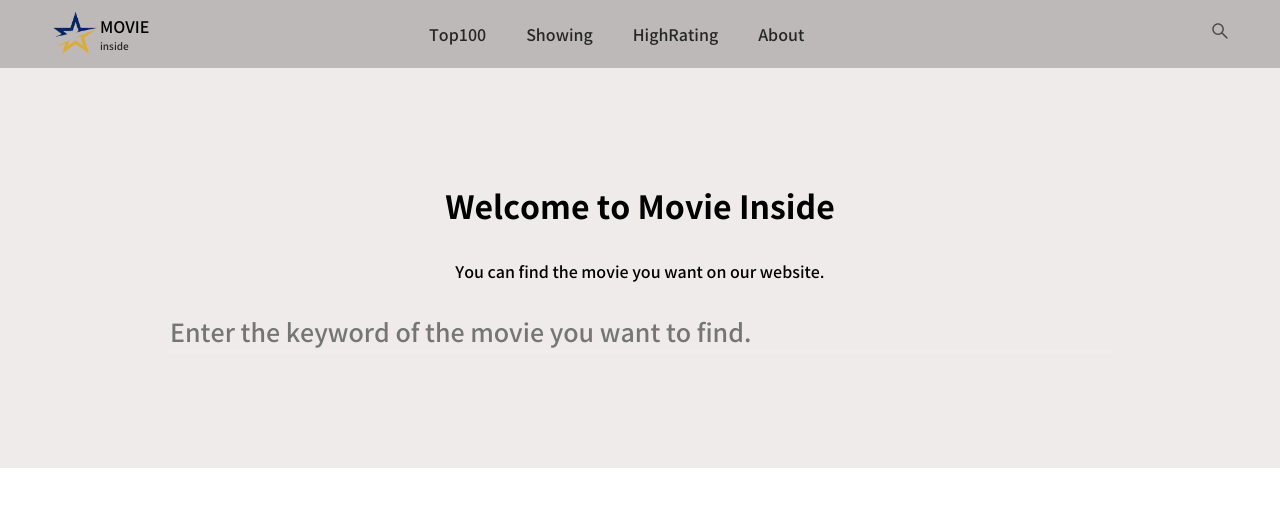
Repository: yangddoddi/Movie-Inside
Page: /
These files come from the project's save history. The page is drawn as it stood at one moment and after the next save; the edit follows.
The browser window is 1280 px wide. The pictures show the whole page.
The project was rebuilt for these pictures with package versions that can differ from the ones it lists, and the page was loaded fresh each time. Also part of the build but not shown: src/App.css, src/routes/Detail.js.

Above is the page before, as saved 2022-05-02 18:46:09.

### public/index.html
<!DOCTYPE html>
<html lang="en">

<head>
  <meta charset="utf-8" />
  <link rel="icon" href="./image/logo.png" />
  <meta name="viewport" content="width=device-width, initial-scale=1" />
  <meta name="theme-color" content="#000000" />
  <meta name="description" content="Web site created using create-react-app" />
  <link rel="apple-touch-icon" href="%PUBLIC_URL%/logo192.png" />
  <!--
      manifest.json provides metadata used when your web app is installed on a
      user's mobile device or desktop. See https://developers.google.com/web/fundamentals/web-app-manifest/
    -->
  <link rel="manifest" href="%PUBLIC_URL%/manifest.json" />
  <!--
      Notice the use of %PUBLIC_URL% in the tags above.
      It will be replaced with the URL of the `public` folder during the build.
      Only files inside the `public` folder can be referenced from the HTML.

      Unlike "/favicon.ico" or "favicon.ico", "%PUBLIC_URL%/favicon.ico" will
      work correctly both with client-side routing and a non-root public URL.
      Learn how to configure a non-root public URL by running `npm run build`.
    -->
  <title>Movie Inside</title>
</head>

<body>
  <noscript>You need to enable JavaScript to run this app.</noscript>
  <div id="root"></div>
  <!--
      This HTML file is a template.
      If you open it directly in the browser, you will see an empty page.

      You can add webfonts, meta tags, or analytics to this file.
      The build step will place the bundled scripts into the <body> tag.

      To begin the development, run `npm start` or `yarn start`.
      To create a production bundle, use `npm run build` or `yarn build`.
    -->
</body>

</html>

### src/App.js
import "./App.css";
import { RouteJS } from "./components/Routes";
import "./scss/main.scss";
import { Nav } from "./components/Nav";

function App() {
  return (
    <>
      <Nav />
      <RouteJS />
    </>
  );
}

export default App;

### src/components/Routes.js
import { Route, BrowserRouter, Routes } from "react-router-dom";
import { Main } from "../routes/Main";
import { Detail } from "../routes/Detail";

export const RouteJS = () => {
  return (
    <Routes>
      <Route path="/" element={<Main />} />
      <Route path="/detail" element={<Detail />} />
    </Routes>
  );
};

### src/scss/main.scss


* {
    box-sizing: border-box;
    font-family: 'Noto Sans CJK KR';
    margin: 0px;
}

### src/components/Nav.js
import React from "react";
import logo from "../image/logo.png";
import styles from "./Nav.module.scss";
import { AiOutlineSearch } from "react-icons/ai";

export const Nav = () => {
  return (
    <nav className={styles.nav}>
      <div className={styles.navContainer}>
        <div className={styles.leftContainer}>
          <img className={styles.logo} src={logo}></img>
          <div className={styles.logoContainer}>
            <span>MOVIE</span>
            <span>inside</span>
          </div>
        </div>
        <ul className={styles.navItems}>
          <li className={styles.navItem}>Top100</li>
          <li className={styles.navItem}>Showing</li>
          <li className={styles.navItem}>HighRating</li>
          <li className={styles.navItem}>About</li>
        </ul>
        <form className={styles.navForm}>
          <input type={"text"} id="searchInput" />
          <label for="searchInput">
            <AiOutlineSearch className={styles.searchIcon} />
          </label>
        </form>
      </div>
    </nav>
  );
};

### src/routes/Main.js
import React from "react";
import { Jumbotron } from "../components/Main/Jumbotron";

export const Main = () => {
  return (
    <>
      <Jumbotron />
    </>
  );
};

### src/components/Nav.module.scss
@import url(../scss/font.scss);


.nav {
    background-color: #bdb9b9;
    width: 100%;
    padding: 10px 50px 10px 50px;
    display: flex;
    justify-content: center;
}

.navContainer {
    display: flex;
    align-items: center;
    justify-content: space-between;
    width: 100%;
    max-width: 1200px;
}

.logo {
    width: 50px;
}

.logoContainer {
    display: flex;
    flex-direction: column;
    justify-content: flex-end;
    user-select: none;

    span:nth-child(2) {
        font-size: 10px;
        color:rgba(0,0,0,0.8);
    }
}

.leftContainer {
    display: flex;
    align-items: center;
}

.navItems {
    display: flex;
    list-style: none;
    color: rgba(0,0,0,0.8);
    font-size: 16px;
    margin: 0px;
}


.navItem {
    margin: 0px 20px 0px 20px;
    cursor: pointer;
}

.navForm {
        position:relative;
        display: flex;
        align-items: center;

    input {
        margin-left: 30px;
        border-radius: 5%;
        height: 25px;
        border: none;
        color: rgba(0,0,0,0.8);
        background-color: transparent;
    }

    input:focus {
        outline: none;
        border-bottom: rgba(122,122,122,1) solid 1px;
    }

    label {
        position: absolute;
        right: 0px;
        height: 25px;
        border-left: none;
    }

    svg {
        font-size: 20px;
        color: rgba(0,0,0,0.6);
    }
}

### src/components/Main/Jumbotron.js
import React from "react";
import styles from "./Jumbotron.module.scss";

export const Jumbotron = () => {
  return (
    <div className={styles.jumbotron}>
      <div className={styles.jumbotronContainer}>
        <h1 className={styles.header}> Welcome to Movie Inside </h1>
        <p>You can find the movie you want on our website.</p>
        <form className={styles.searchForm}>
          <input
            className={styles.search}
            placeHolder="Enter the keyword of the movie you want to find."
          />
        </form>
      </div>
    </div>
  );
};

### src/scss/font.scss
@font-face {
    font-family: 'Noto Sans CJK KR';
    font-style: normal;
    font-weight: light;
    src: url('../fontStyle/NotoSansKR-Light.otf')
}

@font-face {
    font-family: 'Noto Sans CJK KR';
    font-style: normal;
    font-weight: normal;
    src: url('../fontStyle/NotoSansKR-Regular.otf')
}

@font-face {
    font-family: 'Noto Sans CJK KR';
    font-style: normal;
    font-weight: semi-bold;
    src: url('../fontStyle/NotoSansKR-Medium.otf')
}
@font-face {
    font-family: 'Noto Sans CJK KR';
    font-style: normal;
    font-weight: bold;
    src: url('../fontStyle/NotoSansKR-Bold.otf')
}

### src/components/Main/Jumbotron.module.scss

.jumbotron {
    background-color: #efebeb;
    padding: 50px;
    display: flex;
    justify-content: center;
    align-items: center;
    height: 400px;
}

.jumbotronContainer {
    width: 100%;
    max-width: 1200px;
    text-align: center;
}

.header {
    margin-bottom: 30px;
}

.searchForm{
    margin-top: 30px;

    input {
        border: none;
        border-bottom: 3px solid rgba(255,255,255,0.1);
        font-size: 25px;
        background-color: transparent;
        width: 80%;
        height: 40px;
    }
}

Loaded but not shown: src/index.js (common file); src/index.css (common file); src/reportWebVitals.js (common file)

After the next save:
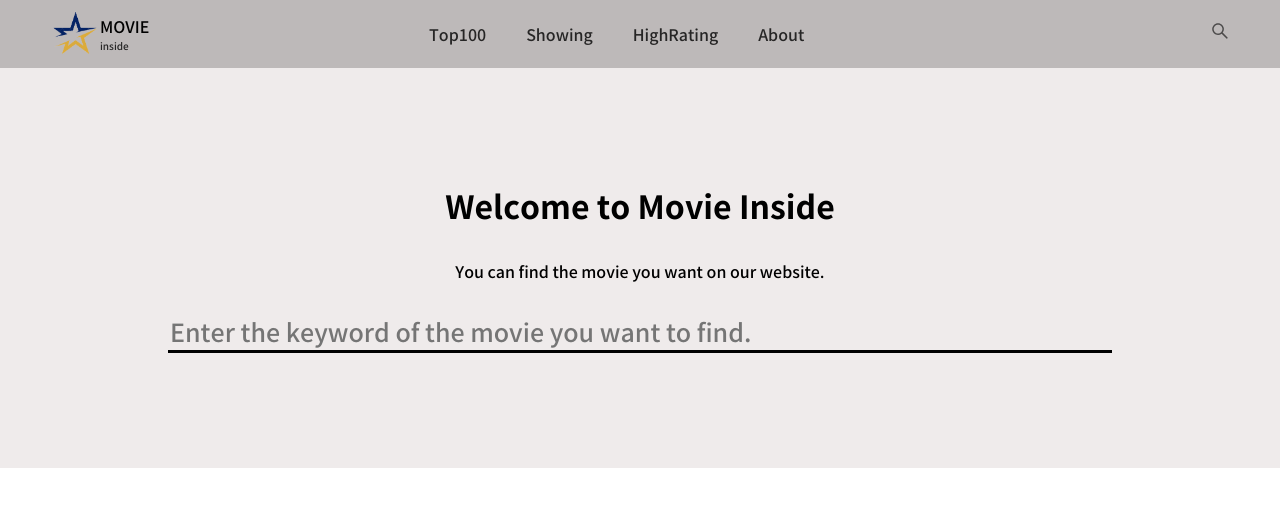
Saved 7 s later.
--- a/src/components/Main/Jumbotron.module.scss
+++ b/src/components/Main/Jumbotron.module.scss
@@ -23,7 +23,7 @@
 
     input {
         border: none;
-        border-bottom: 3px solid rgba(255,255,255,0.1);
+        border-bottom: 3px solid rgb(0,0,0);
         font-size: 25px;
         background-color: transparent;
         width: 80%;
